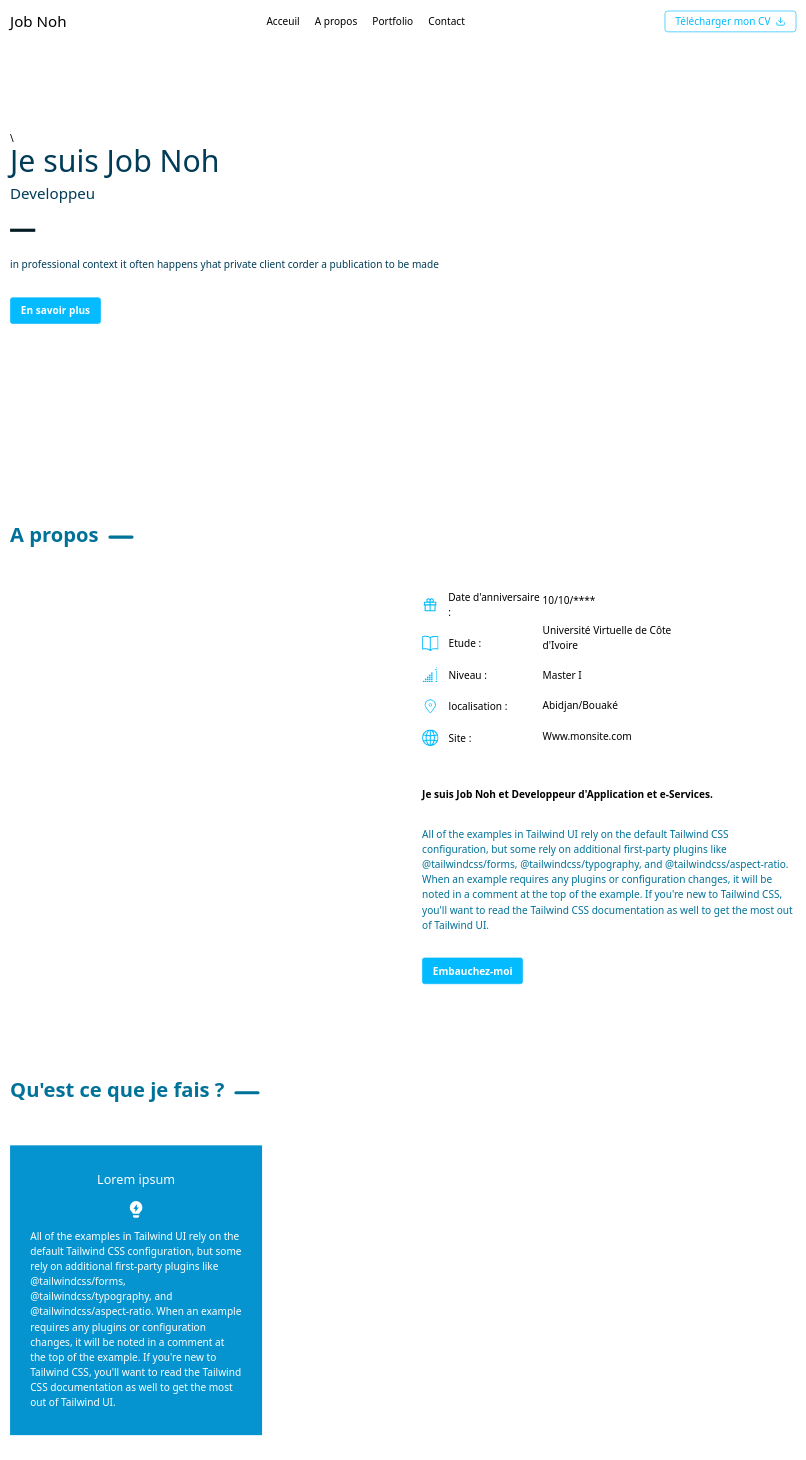
Repository: anoy1010/Nextportfolio
Page: /
The author's editor kept a copy of each file at every save. The page is drawn from the files as they stood at one save, then again after the next save.
The browser window is 1280 px wide. The pictures show the whole page, at 63% of full size.
Backgrounds fixed to the window are drawn as part of the page. The project was rebuilt for these pictures with package versions that can differ from the ones it lists, and the page was loaded fresh each time. The framework's server and built-in components were replaced by stand-ins that run in the browser. Also part of the build but not shown: next.config.js, styles/Home.module.css.

Above is the page before, as saved 2023-03-06 18:27:52.

### pages/index.js
import Head from 'next/head'
import Image from 'next/image'
import { Inter } from '@next/font/google'
import styles from '../styles/Home.module.css'
import Navbar from '../components/Navbar'
import Hero from '../components/Hero'
import About from '../components/About'
import WhatIDo from '../components/WhatIDo'
const inter = Inter({ subsets: ['latin'] })

export default function Home() {
  return (
    <>
      <Head>
        <title>Portfolio | Noh Job</title>
        <meta name="description" content="Generated by create next app" />
        <meta name="viewport" content="width=device-width, initial-scale=1" />
        <link rel="icon" href="/favicon.ico" />
      </Head>

      <header>
        < Navbar />
      </header>

      <main>
        <Hero />
        <About />
        <WhatIDo />
      </main>

    </>
  )
}

### styles/globals.css
@tailwind base;
@tailwind components;
@tailwind utilities;

@layer components {
  .btn{
    @apply bg-[#04bbff] text-white py-2 px-4 rounded inline-block mt-10 font-bold border border-[#04bbff] hover:bg-transparent hover:text-[#04bbff] transition duration-200
  }
}

### components/Navbar.js
import Link from 'next/link'
import React from 'react'
import {FiDownload} from 'react-icons/fi'
import {RiMenu5Line} from 'react-icons/ri'

const Navbar = () => {
  return (
    <div className='bg-white fixed top-0 w-[100%] z-10 '>
        <div className='container mx-auto flex justify-between items-center py-4 px-4'>
            <div className='text-[24px]'>Job Noh</div>

            <div className='hidden md:flex gap-6'>

                <Link href='/Acceuil' className='hover:text-[#04bbff]'>
                    Acceuil
                </Link>
                <Link href='/A propos' className='hover:text-[#04bbff]' >
                    A propos
                </Link>
                <Link href='/Portfolio' className='hover:text-[#04bbff]'>
                    Portfolio
                </Link>
                <Link href='/Contact' className='hover:text-[#04bbff]'>
                    Contact
                </Link>



            </div>

            <a href='#' className='hidden  md:flex border border-[#04bbff] px-4 py-1 text-[#04bbff] rounded-[5px] items-center gap-2 hover:bg-[#04bbff] hover:text-white transition duration-200 '>
                Télécharger mon CV
                <FiDownload/>
                </a>

            <div className='md:hidden text-[24px] '>
                <RiMenu5Line/>
            </div>
        </div>
    </div>
  )
}

export default Navbar

### components/Hero.js
import React from 'react'

import Typewriter, { TypewriterClass } from "typewriter-effect"
import Button from '../components/Button'

const Hero = () => {
  return (
    <div className='bg-[url("")] h-screen bg-cover bg-center bg-fixed flex items-center'>
        <div className='container mx-auto px-4'>\
            <div className='max-x-[450px] text-[#003c57] flex flex-col gap-[40px]'>
                <div>
                    <h1 className='text-5xl'>
                        Je suis Job Noh
                    </h1>
                    <h4 className=' text-2xl mt-3'>
                        <Typewriter
                            options = {{
                                strings: [
                                    "Developpeur Front-end",
                                    "Developpeur Back-end",
                                    "Analyste de donnée",
                                    "Chef de projet",
                                    "Graphic designer",
                                    "Developpeur mobile"
                                ],
                                changeDelay:3,
                                changeDeleteSpeed:2,
                                autoStart:true,
                                loop:true,
                            }}
                        />
                    </h4>
                </div>

                <div className='bg-[#051c24] h-[5px] w-[40px] '>
                </div>

                <div>
                    <p>
                    in professional context it often happens yhat private client
                    corder a publication to be made
                    </p>
                    <Button link="#" text="En savoir plus" />
                </div>

            </div>

        </div>
    </div>
  )
}

export default Hero

### components/About.js
import React from 'react'
import Heading from './Heading'
import Button from './Button'


import {AiOutlineGift} from 'react-icons/ai'
import {TfiBook} from 'react-icons/tfi'
import {SlGlobe} from 'react-icons/sl'
import {CiLocationOn} from 'react-icons/ci'
import {GiLevelEndFlag} from 'react-icons/gi'

const About = () => {
  return (
    <section className='container mx-auto py-10 px-4'>

        <Heading title="A propos"/>

        <div className='grid grid-cols-1 md:grid-cols-2 gap-[60px]'>

            <div>
                <img className='w-[400px]' src="/" alt="" />
            </div>
            <div>
                <div className='flex items-center justify-between w-[450px]'>
                    <div className='flex flex-col gap-6'>

                        <div className='flex gap-4 items-center font-medium '>
                            <AiOutlineGift className='text-[#04bbff] text-[26px]' />
                            Date d'anniversaire :
                        </div>
                        <div className='flex gap-4 items-center font-medium '>
                            <TfiBook className='text-[#04bbff] text-[26px]' />
                            Etude :
                        </div>
                        <div className='flex gap-4 items-center font-medium '>
                            <GiLevelEndFlag className='text-[#04bbff] text-[26px]' />
                            Niveau :
                        </div>
                        <div className='flex gap-4 items-center font-medium '>
                            <CiLocationOn className='text-[#04bbff] text-[26px]' />
                            localisation :
                        </div>
                        <div className='flex gap-4 items-center font-medium '>
                            <SlGlobe className='text-[#04bbff] text-[26px]' />
                            Site :
                        </div>

                    </div>



                    <div className='flex flex-col gap-6 text-[#051c24]-600'>
                        <div>10/10/****</div>
                        <div>Université Virtuelle de Côte d'Ivoire</div>
                        <div>Master I</div>
                        <div>Abidjan/Bouaké</div>
                        <div>Www.monsite.com</div>


                    </div>

                </div>

                <div className='max-w-[800px]'>
                    <h2 className='font-bold mt-16 mb-10'>
                        Je suis Job Noh et Developpeur d'Application et e-Services.
                    </h2>
                    <p className='text-[#007198]'>
                         All of the examples in Tailwind UI rely on the default Tailwind CSS configuration, but some rely on additional first-party plugins like @tailwindcss/forms, @tailwindcss/typography, and @tailwindcss/aspect-ratio.

                        When an example requires any plugins or configuration changes, it will be noted in a comment at the top of the example.

                        If you're new to Tailwind CSS, you'll want to read the Tailwind CSS documentation as well to get the most out of Tailwind UI.

                    </p>
                    <Button link="#" text="Embauchez-moi"/>
                </div>
            </div>
        </div>

    </section>
  )
}

export default About

### components/WhatIDo.js
import React from 'react'
import Heading from './Heading'
import {RiLightbulbFlashFill} from 'react-icons/ri'

const WhatIDo = () => {
  return (
    <section className='container mx-auto py-10 px-4'>
        <Heading title="Qu'est ce que je fais ?"/>
        <div className='grid grid-cols-1  md:grid-cols-3 gap-6'>
            <div className='Shadow-lgf flex flex-col gap-4 px-8 py-10 bg-[#0594d0] text-white items-center'>
                <h2 className='font-medium text-[20px]'>Lorem ipsum</h2>
                <RiLightbulbFlashFill className=' text-[30px]   ' />
                <p>
                    All of the examples in Tailwind UI rely on the default Tailwind CSS configuration, but some rely on additional first-party plugins like @tailwindcss/forms, @tailwindcss/typography, and @tailwindcss/aspect-ratio.

                    When an example requires any plugins or configuration changes, it will be noted in a comment at the top of the example.

                    If you're new to Tailwind CSS, you'll want to read the Tailwind CSS documentation as well to get the most out of Tailwind UI.
                </p>

            </div>

        </div>

    </section>
  )
}

export default WhatIDo

### components/Button.js
import React from 'react'

const Button = ({text, link}) => {
  return (
    <a href={link}className='btn'>{text}</a>
  )
}

export default Button

### components/Heading.js
import React from 'react'

const Heading = ({title}) => {
  return (
    <div className='text-[#007198] text-[32px] font-bold flex items-center gap-4 py-16'>
        {title}
        <div className='bg-[#007198] h-[5px] w-[40px] translate-y-1 rounded'></div>
    </div>
  )
}

export default Heading

Loaded but not shown: pages/_app.js (common file); pages/_document.js (common file); tailwind.config.js (common file)

After the next save:
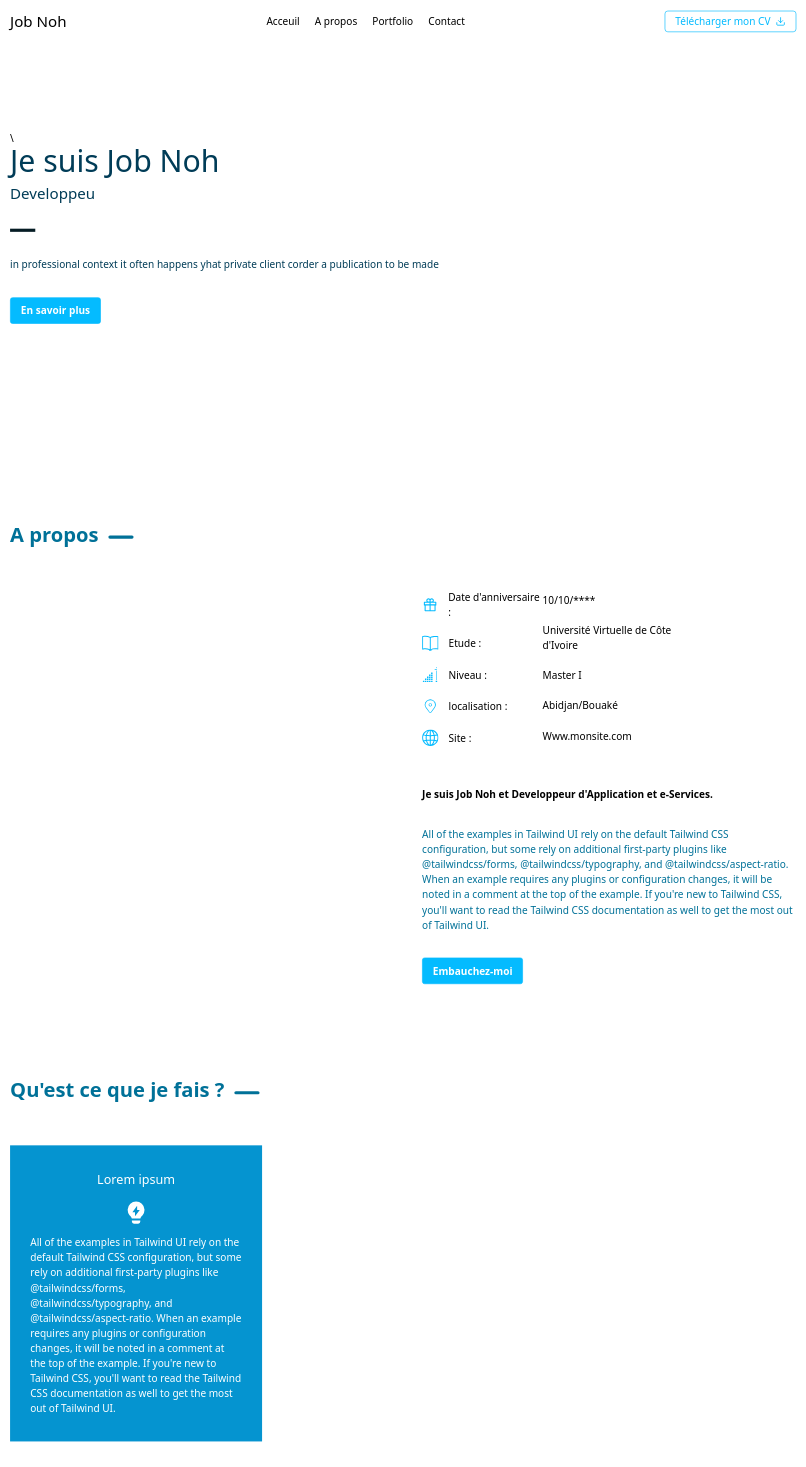
Saved 26 s later.
--- a/components/WhatIDo.js
+++ b/components/WhatIDo.js
@@ -9,7 +9,7 @@ const WhatIDo = () => {
         <div className='grid grid-cols-1  md:grid-cols-3 gap-6'>
             <div className='Shadow-lgf flex flex-col gap-4 px-8 py-10 bg-[#0594d0] text-white items-center'>
                 <h2 className='font-medium text-[20px]'>Lorem ipsum</h2>
-                <RiLightbulbFlashFill className=' text-[30px]   ' />
+                <RiLightbulbFlashFill className=' text-[40px]   ' />
                 <p>
                     All of the examples in Tailwind UI rely on the default Tailwind CSS configuration, but some rely on additional first-party plugins like @tailwindcss/forms, @tailwindcss/typography, and @tailwindcss/aspect-ratio.
 
